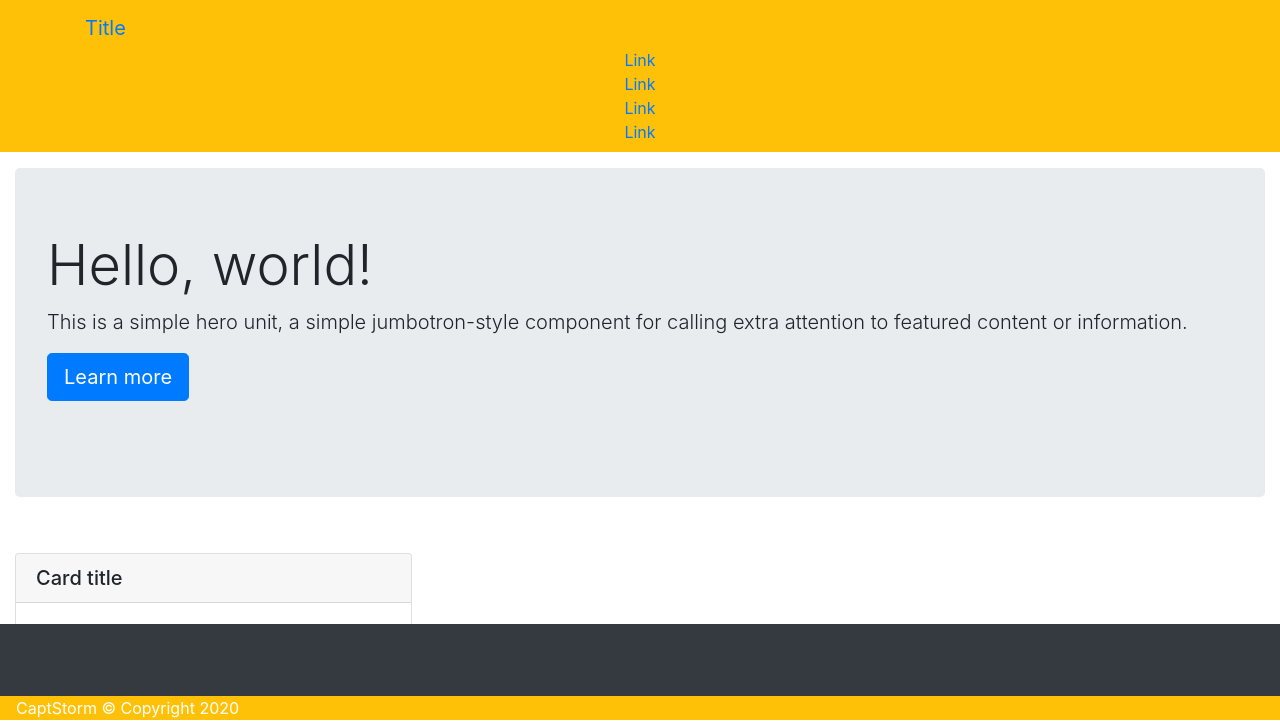
Repository: CaptainStorm21/complete-react16-bootstrap-passing-props
Page: /
The author's editor kept a copy of each file at every save. The page is drawn from the files as they stood at one save, then again after a run of saves.
The browser window is 1280 px wide. The pictures show the whole page.
The project was rebuilt for these pictures with package versions that can differ from the ones it lists, and the page was loaded fresh each time.

Above is the page before, as saved 2020-04-23 13:56:20.

After the next 8 saves:
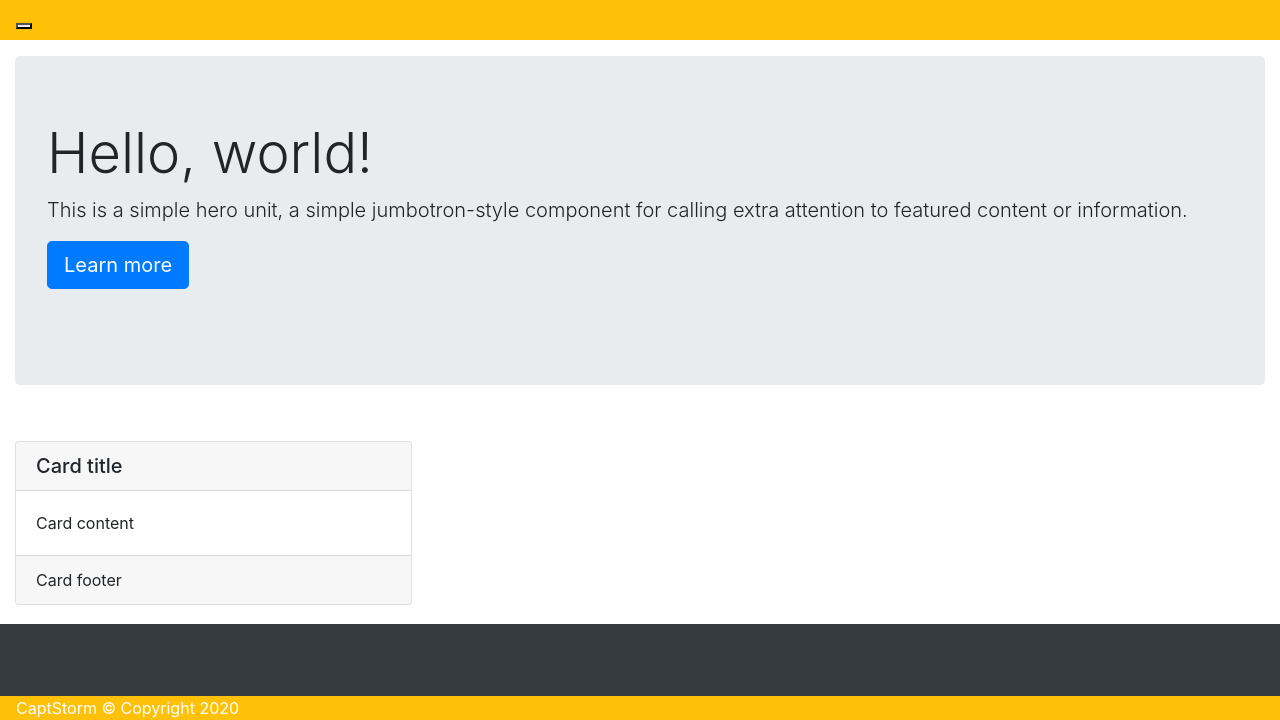
The 8 saves are shown as one change because 1 did not build or start and some came seconds apart.
The last was saved 63 s later.
--- a/src/components/layout/Navbar.js
+++ b/src/components/layout/Navbar.js
@@ -3,19 +3,26 @@ import "./Nav.css";
 
 function Navbar() {
   return (
-    <div className="container text-center">
-        <div className="navbar-header">
-            <a className="navbar-brand" href="#">Title</a>
-        </div>
-        <div id="navbar" className="navbar-collapse">
-            <ul className="nav navbar-nav">
-                <li><a href="#">Link</a></li>
-                <li><a href="#">Link</a></li>
-                <li><a href="#">Link</a></li>
-                <li><a href="#">Link</a></li>
-            </ul>
-        </div>
-    </div>
+    <>
+    <div className="navbar-header">
+    <button type="button" className="navbar-toggle" data-toggle="collapse" data-target=".navbar-collapse">
+      <span className="icon-bar"></span>
+      <span className="icon-bar"></span>
+      <span className="icon-bar"></span>
+    </button>
+  </div>
+  <div className="navbar-collapse collapse">
+    <ul className="nav navbar-nav">
+      <li className="navbar-left"><a href="#">Left 1</a></li>
+      <li className="navbar-left"><a href="#">Left 2</a></li>
+      <li className="active"><a href="#">Center 1</a></li>
+      <li><a href="#">Center 2</a></li>
+      <li><a href="#">Center 3</a></li>
+      <li className="navbar-right"><a href="#">Right 1</a></li>
+      <li className="navbar-right"><a href="#">Right 2</a></li>
+    </ul>
+  </div>
+  </>
 )
 }
 
